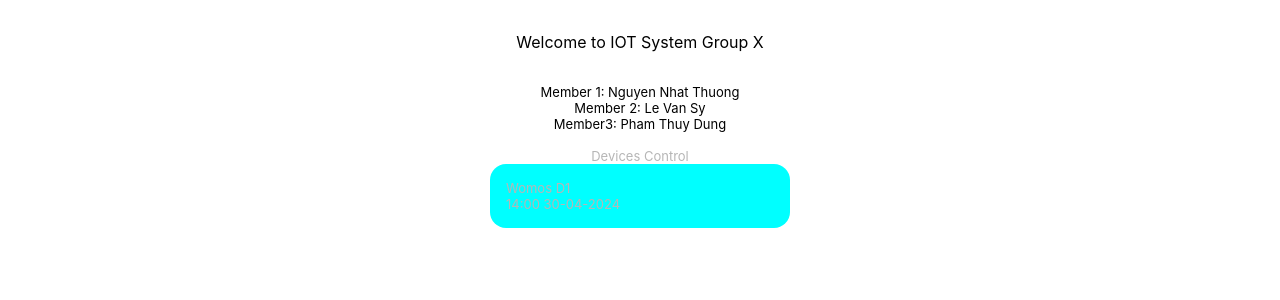
Repository: ngnhthuong/IOT_LAB
Page: /
An editor plug-in stored every save of this project. The page is shown before and after a run of saves, followed by the edit.
The browser window is 1280 px wide. The pictures show the whole page.
The project was rebuilt for these pictures with package versions that can differ from the ones it lists, and the page was loaded fresh each time.

Above is the page before, as saved 2024-04-23 14:46:43.

### src/App.js
import "./App.css";

function App() {
  return (
    <div className="main">
      <div></div>
      <div className="welcome-name">Welcome to IOT System Group X</div>
      <div className="member-name">
        <div className="member">Member 1: Nguyen Nhat Thuong</div>
        <div className="member">Member 2: Le Van Sy</div>
        <div className="member">Member3: Pham Thuy Dung</div>
      </div>
      <div className="device">Devices Control</div>
      <div className="main_device">
        <div className="device">
          <div className="info"></div>
          <div className="device_img"></div>
        </div>
        <div className="device">
          <div className="info">
            <div className="name">Womos D1</div>
            <div className="time"> 14:00 30-04-2024</div>
          </div>
          <div className="device_img"></div>
        </div>
      </div>
    </div>
  );
}

export default App;

### src/App.css
* {
  margin: 0;
  padding: 0;
  box-sizing: border-box;
}

.main{
  width: 100vw;
  height: 100vh;
  display: flex;
  align-items: center;
  flex-direction: column;
}

.welcome-name{
  display: flex;
  justify-content: center;
  padding: 2rem;
  /* width: 500px; */
}

.member-name{
  display: flex;
  flex-direction: column;
  /* width: 250px; */
  font-size: 13px;
  align-items: center;
  padding-bottom: 1rem;
}

.member{
  display: flex;
  left: 0;
}

.device{
  font-size: 13px;
  color: rgb(182, 182, 182);
  left: 0;
}

.main_device{
  width: 300px;
  height: auto;
  background-color: aqua;
  border-radius: 1rem;
  padding: 1rem;
}

.time{

}

Loaded but not shown: public/index.html (common file); src/index.js (common file); src/index.css (common file)

After the next 3 saves:
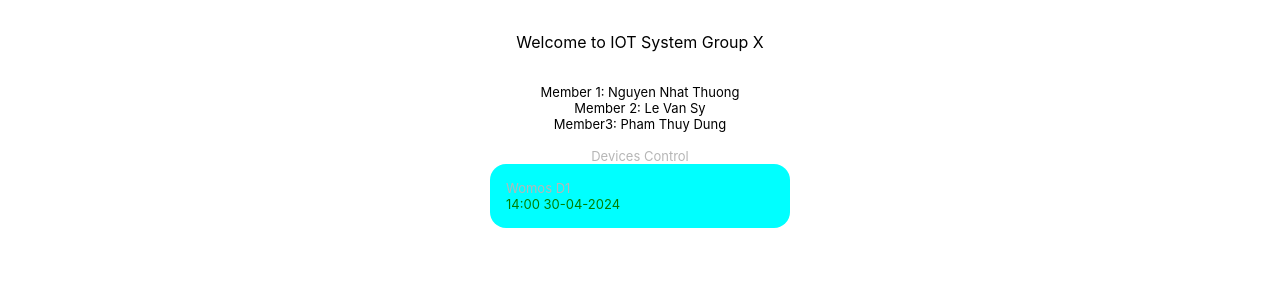
The 3 saves are shown as one change because they came seconds apart.
The last was saved 11 s later.
--- a/src/App.css
+++ b/src/App.css
@@ -48,5 +48,5 @@
 }
 
 .time{
-
+  color: green;
 }
